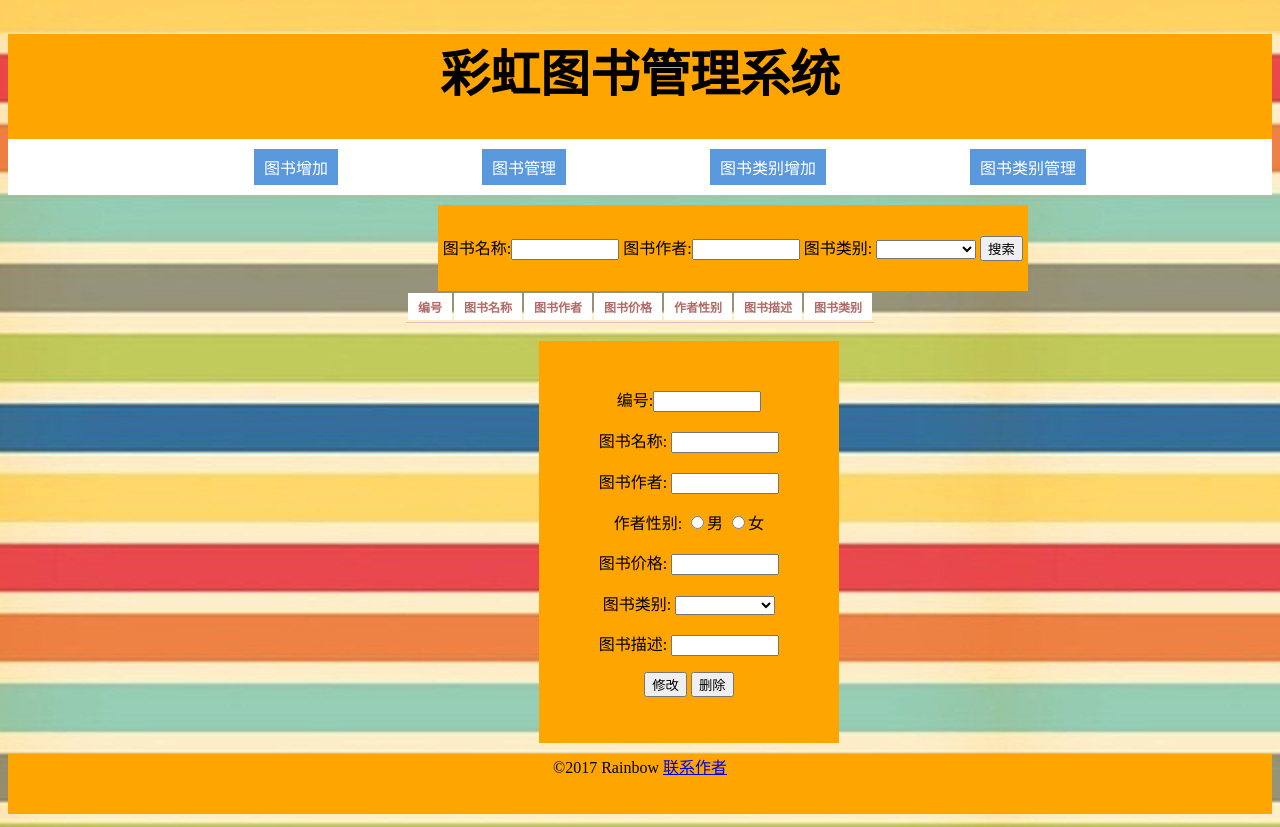
Repository: Rainbow-Chua/learningcode
Page: http://localhost/MyBookManager/BookManager.jsp
The author's editor kept a copy of each file at every save. The page is drawn from the files as they stood at one save, then again after the next save.
The browser window is 1280 px wide. The pictures show the whole page.
The page is served by Tomcat 9. Queries for data that is not in the repository find no rows.

Above is the page before, as saved 2017-11-23 13:37:07.

After the next save:
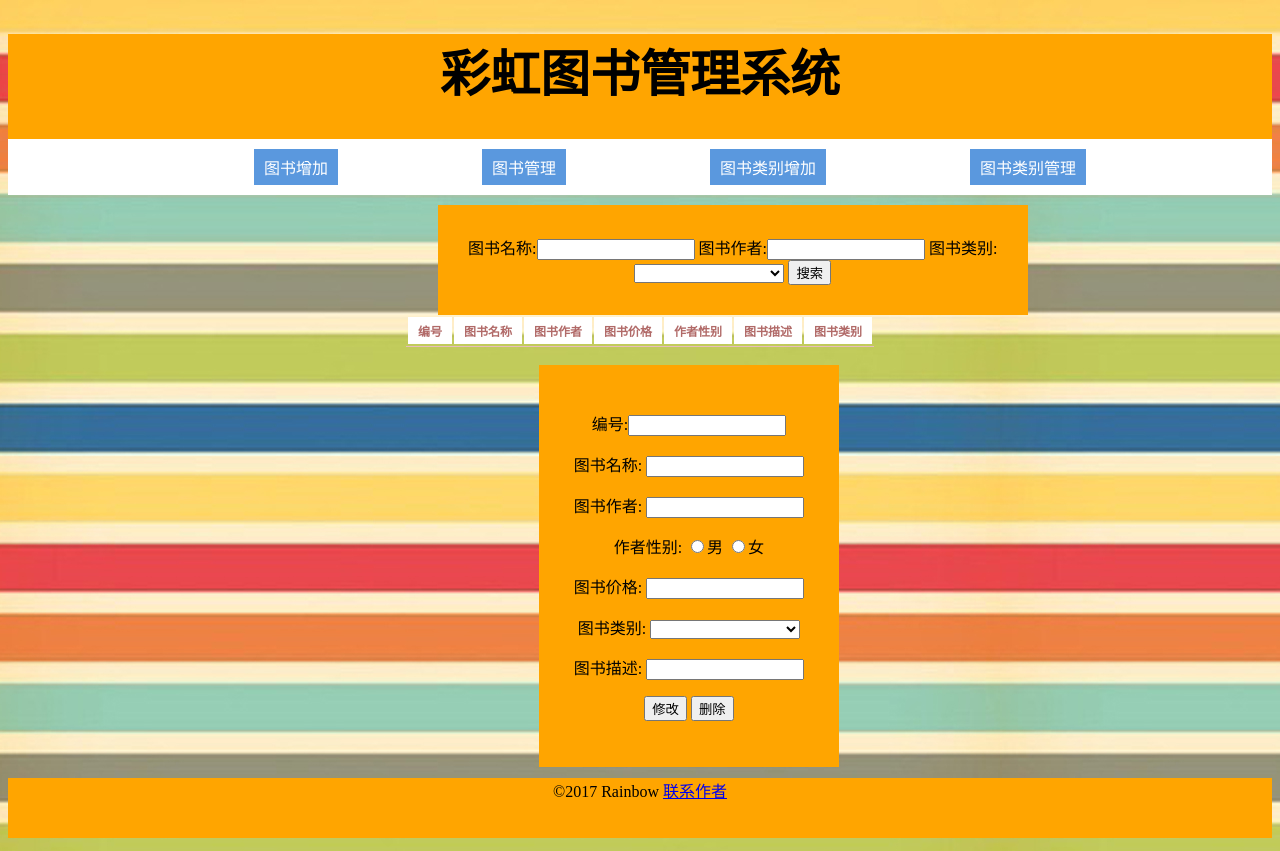
Saved 26 s later.
--- a/MyBookManager/WebContent/BookManager.jsp
+++ b/MyBookManager/WebContent/BookManager.jsp
@@ -64,14 +64,14 @@ h2 {
 			style="background-color: orange; position: relative; width: 590px; left: 34%; padding-top: 30px; padding-bottom: 30px">
 			<p style="display: inline;">
 				图书名称:<input id="bookName" type="text" name="bookName"
-					style="width: 100px;" />
+					style="width: 150px;" />
 			</p>
 			<p style="display: inline;">
 				图书作者:<input id="bookAuthor" type="text" name="bookAuthor"
-					style="width: 100px;" />
-			</p>
-			<p style="display: inline;">
-				图书类别: <select name="bookType" style="width: 100px;">
+					style="width: 150px;" />
+			</p>
+			<p style="display: inline;">
+				图书类别: <select name="bookType" style="width: 150px;">
 					<%
 						DbUtil dbUtil = new DbUtil();
 						BookTypeDao bookTypeDao = new BookTypeDao();
@@ -147,27 +147,27 @@ h2 {
 			onsubmit="return checkForm(this);"
 			style="background-color: orange; position: relative; left: 42%; width: 300px;padding-top: 30px; padding-bottom: 30px ">
 			<p>
-				编号:<input id="bookId" name="bookId" type="text" readonly="readonly" style="width: 100px;">
+				编号:<input id="bookId" name="bookId" type="text" readonly="readonly" style="width: 150px;">
 			</p>
 			<p>
 				图书名称: <input id="bookName1" type="text" name="bookName1"
-					style="width: 100px;" />
+					style="width: 150px;" />
 			</p>
 			<p>
 				图书作者: <input id="bookAuthor1" type="text" name="bookAuthor1"
-					style="width: 100px;" />
-			</p>
-			<p>
-				作者性别: <label style="width: 100px;"><input id="male" name="Sex" type="radio" value="男 "/>男 </label> <label><input
+					style="width: 150px;" />
+			</p>
+			<p>
+				作者性别: <label style="width: 150px;"><input id="male" name="Sex" type="radio" value="男 "/>男 </label> <label><input
 					id="female" name="Sex" type="radio" value="女" />女 </label>
 			</p>
 			<p>
 				图书价格: <input id="bookPrice1" type="text" name="bookPrice1"
-					style="width: 100px;" />
+					style="width: 150px;" />
 			</p>
 			<p>
 				图书类别:
-				<select id="bookType1" name="bookType1" style="width: 100px;">
+				<select id="bookType1" name="bookType1" style="width: 150px;">
 				<%
 				try{
 					con = dbUtil.getCon();
@@ -194,7 +194,7 @@ h2 {
 				</select>
 			</p>
 			<p>
-				图书描述: <input id="bookDec1" type="text" name="bookDec1" style="width: 100px;">
+				图书描述: <input id="bookDec1" type="text" name="bookDec1" style="width: 150px;">
 			</p>
 
 
